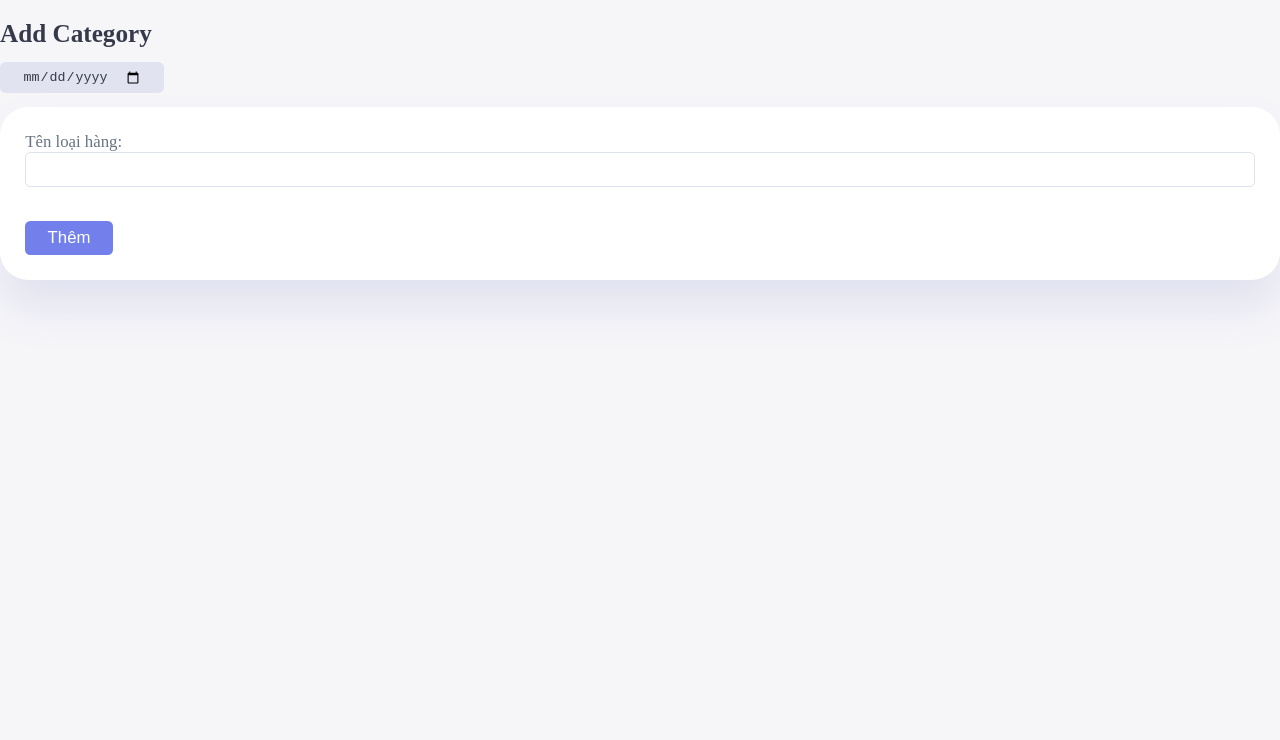
Repository: quynn1804/duan1
Page: http://localhost/control/add_type.php
An editor plug-in stored every save of this project. The page is shown before and after the next save, followed by the edit.
The browser window is 1280 px wide. The pictures show the whole page.
Some web fonts or font styles are not loaded; a fallback is used. The page is run by PHP 8.4 with error messages shown; the project is at /var/www/html/.

Above is the page before, as saved 2022-11-10 01:51:14.

### du_an_1/control/add_type.php

<main>
            <h1>Add Category</h1>
            <link rel="stylesheet" href="./src/css/kkk.css">
            <div class="date">
                <input type="date">
            </div>

            <div class="add_categories_wrap_form">

        <form action="" method="POST">
            <label for="">Tên loại hàng:</label> <br>
            <input type="text" class="form-control mb3" name="name" required>
            <br>
            <button type="submit" class="btn " style="margin-top:20px ;" name="submit">Thêm</button>
        </form>
    </div>


</main>

### du_an_1/src/css/kkk.css
:root{
    --color-primary: #7380ec;
    --color-danger:#ff7782;
    --color-success:#41f1b6;
    --color-warning:#ffbb55;
    --color-white:#fff;

    --color-dark:#363949;
    --color-dark-variant:#677483;
    --color-info-dark:#7d8da1;

    --color-info-light:#dce1eb;

    --color-light:rgba(132,139,200,0.18);
    --color-primary-variant:#111e88;

    --color-background:#f6f6f9;

    --card-border-radius:2rem;
    --border-radius-1:0.4rem;
    --border-radidus-2:0.8rem;
    --border-radius-3:1.2rem;

    --car-padding:1.8rem;
    --padding-1:1.2rem;
    --box-shadow: 0 2rem 3rem var(--color-light);
}

/* DARK THEME VARAIBLES */
.dark-theme-variables{
    --color-background:#181a1e;
    --color-white:#202528;
    --color-dark: #edeffd;
    --color-dark-variant: #a3bdcc;
    --color-light:rgba(0, 0,0,0.4);
    --box-shadow:0 2rem 3rem var(--color-light);
    }


@font-face {
    font-family: pro;
    src: url(../font-family/SourceSansPro-Regular.ttf);
}

*{
    padding: 0 ;
    margin: 0 ;
    outline: 0 ;
    border: 0 ;
    appearance: none ;
    text-decoration: none ;
    list-style: none ;
    box-sizing: border-box ;
}

html{
    font-size: 14px;

}

body{

    width: 100vw;
    height: 100vh;
    font-family: pro;
    font-size: 0.88rem;
    background-color: var(--color-background);
    transition: all 300ms ease;


}



a{
    color: var(--color-dark-variant);
}

img{
    display: block;
    width: 100%;
}

h1{
    font-weight: 800;
    font-size: 1.8rem;
}


h2{
    font-size: 1.4rem;
}

h3{
    font-size: 0.87rem;
}

h4{
    font-size: 0.8rem;
}

h5{
    font-size: 0.77rem;
}

small{
    font-size:0.75rem;
}

.profile-photo{
    height: 2.8rem;
    width: 2.8rem;
    border-radius: 50%;
    overflow: hidden;
}

.text-muted{
    color: var(--color-info-dark);
}

p{
    color: var(--color-dark-variant);
}

b{
    color: var(--color-dark) ;
}

.primary{
    color: var(--color-primary);
}

.danger{
    color: var(--color-danger);
}

.success{
    color: var(--color-success);
}

.warning{
    color: var(--color-warning);
}

.container{

    display: grid;
    width: 96%;

    margin: 0 auto;
    gap: 1.8rem;
    grid-template-columns:14rem auto 23rem ;
}


aside{
    height: 100vh;

}

aside .top{

    display: flex;
    align-items: center;
    justify-content: space-between;
    margin-top: 0.5rem;
}
aside .logo{
    display: flex;
    gap:0.1rem;

}
aside .logo img{
    margin-left: 1rem;
    width: 5rem;

}

aside .logo h2{
    display: flex;
    align-items: center;
    font-weight: 900;
    color: var(--color-dark);
}

aside .close{
    display: none;
}

aside .sidebar{

    display: flex;
    flex-direction: column;
    height: 81vh;
    position: relative;
    top: 2rem;
}

aside h3{
    font-weight: 500;
}

aside .sidebar a{
display: flex;
color: var(--color-info-dark);
margin-left: 2rem;
gap:1rem;
align-items:center ;

height: 3.7rem;
transition: all 300ms ease;
}

aside .sidebar a span {
    font-size: 1.6rem;
    transition: all 300ms ease;
}


aside .sidebar a:last-child{
    position: absolute;
    bottom: 2rem;
    width: 100%;

}


aside .sidebar .active{
    background-color: var(--color-light);
    color: var(--color-primary);

}

aside .sidebar .active:before{
    content:'';
    width: 6px;
    height: 100%;
    background-color:var(--color-primary) ;
}

aside .sidebar .active span{
   margin-left: calc(1rem-3px);
}


aside .sidebar a:hover{
    color: var(--color-primary);
}

aside .sidebar a:hover span{
    margin-left: 1rem;
}


aside .sidebar .message-count{
    background-color: var(--color-danger);
    color: var(--color-white);
    padding: 2px 10px;
    font-size:11px;
    border-radius: var(--border-radius-1) ;
}



/* ===============Main============  */


main{
    margin-top: 1.4rem;

}

main>h1{
    color: var(--color-dark);
}

main .date{
    display: inline-block;
    background-color: var(--color-light);
    border-radius: var(--border-radius-1);
    margin-top: 1rem;
    padding: 0.5rem 1.6rem;

}

main .date input{
    background: transparent;
    color: var(--color-dark);
}

main .insights{
    display: grid;
    grid-template-columns: repeat(3,1fr);
    gap:1.6rem;
}

main .insights>div{
    background-color: var(--color-white);
    padding: var(--car-padding);
    border-radius: var(--card-border-radius);
    margin-top: 1rem;
    box-shadow: var(--box-shadow);
    transition: all 300ms ease;
}
main  h1{
    color: var(--color-dark);
}

main  h2{
    color: var(--color-dark);
}

main  h3{
    color: var(--color-dark);
}

main thead tr{
    color: var(--color-dark);
}

main tbody tr{
    color: var(--color-info-dark);
}
main .insights>div:hover{
    box-shadow: none;
}


main .insights>div span{
    background-color: var(--color-primary);
    padding: 0.5rem;
    border-radius: 50%;
    color: var(--color-white);
    font-size: 2rem;
}

main .insights>.expenses span{
background-color: var(--color-danger);
}


main .insights>.income span{
background-color: var(--color-success);
}

main .insights>div .middle{
    display: flex;
    align-items: center;
    justify-content: space-between;

}

main .insights>div .progress{
    position: relative;
    width: 92px;
    height: 92px;
    border-radius: 50%;
}


main .insights svg{
    width: 7rem;
    height: 7rem;
}

main .insights svg circle{
    fill: none;
    stroke: var(--color-primary);
    stroke-width: 14;
    stroke-linecap: round;
    transform: translate(5px, 5px);
    stroke-dasharray: 110;
    stroke-dashoffset: 92;
}

main .insights .sales svg circle{
   stroke-dasharray: 200;
   stroke-dashoffset: -30;
}

main .insights .expenses svg circle{
    stroke-dasharray: 80;
    stroke-dashoffset: 18;
 }

 main .insights .income svg circle{
    stroke-dasharray: 110;
    stroke-dashoffset: 35;
 }

 main .insights .progress .number{
    position: absolute;
    top:0;
    bottom: 0;
    left: 0;
    right: 0;
     display: flex;
   justify-content: center;
    align-items: center;
 }

 main .insights small{
    display: block;

 }

 main .recent-order{
    margin-top:2rem ;

 }

 main .recent-order h2{
    margin-bottom:0.8rem ;

 }

 main .recent-order table{
    background-color: var(--color-white);
    width: 100%;
    border-radius: var(--card-border-radius);
    padding: var(--car-padding);
    text-align: center;
    box-shadow: var(--box-shadow);
    transition: all 300ms ease;
 }

 main .recent-order table:hover{
    box-shadow: none;
 }
 table th{
    font-size: 1rem;
 }

 table td{
    font-size: 0.9rem;
 }
 main table tbody td{
    padding: 1rem 0;
    border-bottom: 1px solid var(--color-light);

 }

 main table tbody tr:last-child td{
    border: none;
 }

 main .show-all{
    text-align: center;
    margin-top: 3rem;
 }


/* ==================Right=============*/


.right  {
    margin-top: 1.4rem;

}

.right h2{
    color: var(--color-dark);
}

.right h3{
    color: var(--color-dark);
}

.right .top{
    display: flex;
    justify-content: end;
    gap: 2rem;
}

.right .top #menu-btn{
    display: none;
}

.right .top .theme-toggler{
    width: 4.2rem;
    height: 1.6rem;
    background-color: var(--color-light);
    border-radius: var(--border-radius-1);
    display: flex;
    justify-content: space-between;
    align-items: center;
    cursor: pointer;
}

.right .top .theme-toggler span{
    font-size: 1.2rem;
    width: 50%;
    height: 100%;
    display: flex;
    align-items: center;
    justify-content: center;


}

.right .top .theme-toggler span:nth-child(1){
    color: #fff;
}

.right .top .theme-toggler span.active{
    background-color: var(--color-primary);
    border-radius: var(--border-radius-1);
    color: #fff;
}

.right .top .profile{
    display: flex;
    gap: 1.5rem;
    justify-content: space-between;
    text-align: right;
}


/* =============================Recent update ============== */

.right .recent-updates{
    margin-top: 1rem;

}

.right .recent-updates h2{
    margin-bottom: 0.8rem;
}

.right .recent-updates .updates{
    background-color: var(--color-white);
    border-radius: var(--card-border-radius);
    padding: var(--car-padding);
    display: flex;
    flex-direction: column;
    gap: 1rem;
    transition: all 300ms ease;

}

.right .recent-updates .updates .update{
    display: flex;
    gap: 1rem;
    align-items: center;

}



/* ======================Sale analytics=================  */

.right .sales-analytics{
    margin-top: 2rem;


}

.right .sales-analytics h2{
    margin-bottom: 0.8rem;

}

.right .sales-analytics .item{

    display: flex;

    gap: 1rem;
    background-color: var(--color-white);
    margin-bottom: 0.7rem;
    padding: var(--car-padding);
    border-radius: var(--border-radius-3);
    box-shadow:  var(--box-shadow);
    transition: all 300ms ease;

}



.right .sales-analytics .item:hover{
    box-shadow: none;
}

.right .sales-analytics .item .icon{
    display: flex;
    align-items: center;
    padding: 0.6rem;
    color: var(--color-white);
    border-radius: 50%;
    background-color: var(--color-primary);
}

.right .sales-analytics .item.offline .icon{
    background-color: var(--color-danger);
}
.right .sales-analytics .item .right{

    margin-top: 0;
    display: flex;
    justify-content: space-between;
    align-items: start;
    width: 100%;
    height: 100%;

}

.right .sales-analytics .add-product{
   background-color: transparent;
   border: 2px dashed var(--color-primary);
   color: var(--color-primary);
   display: flex;
   align-items: center;
   justify-content: center;
   transition: all 300ms ease;
   margin-bottom: 0rem !important;
}

.right .sales-analytics .add-product div{
    display: flex;
    align-items: center;
    gap: 0.6rem;
}

.right .sales-analytics .add-product div h3{
    font-weight: 500;
    color: var(--color-primary);
    transition: all 300ms ease;
}
.right .sales-analytics .add-product:hover div h3{
    color:#fff;
}
.right .sales-analytics .add-product:hover{
    background-color: var(--color-primary);
    color: var(--color-white);
}




/* =====================Add Product ==================  */

label{
font-size: 1.2rem;
color: var(--color-dark-variant);
}

.add_product{
    margin-top: 1rem;
    box-shadow: var(--box-shadow);
    background-color: var(--color-white);
    padding: var(--car-padding);
    border-radius: var(--card-border-radius);
    transition: all 300ms ease;
}

.add_product:hover{
    box-shadow: none;
}

.add_product input, .add_categories_wrap_form input,.sua_categories_wrap input {
    border:1px solid var(--color-info-light) ;
    padding: 6px 12px;
    width: 100%;
    border-radius: 0.375rem;
    background-color:#fff;
    margin-bottom: 1rem;
    line-height: 1.5;
    font-size: 1rem;
    color: var(--color-info-dark);
}

 .add_product input::file-selector-button,
 .sua_product input::file-selector-button,
 .add_categories_wrap_form input::file-selector-button,
 .sua_categories_wrap input::file-selector-button{
    border: none;
    height: 100%;
    padding: 0.5rem;
    color: #7d8da1;
    font-size: 1.2rem;
}

.add_product .image, .add_categories_wrap_form .image {
    background-color: var(--color-white);
    color: var(--color-info-dark);
    height: 37px;
    padding: 0px 0px;
    font-size: 1.2rem;
}

 textarea{
    border:1px solid var(--color-info-light);
    background-color: #fff;
    margin-bottom: 1rem;
    font-size: 1.2rem;
    color: var(--color-info-dark);
}

.add_product .btn, .sua_product .btn, .add_categories_wrap_form .btn, .sua_categories_wrap .btn{
    padding: 0.5rem 1.6rem;
    border-radius: 0.375rem;
    background-color: var(--color-primary);
    font-size: 1.2rem;
    color: #fff;

}

.add_product .btn:hover, .sua_product .btn:hover, .sua_categories_wrap .btn:hover{
   opacity: 0.9;
   cursor: pointer;
}

 select{
    border:1px solid var(--color-info-light) ;
    width: 100%;
    padding: 6px 14px;
    border-radius: 0.375rem;
    line-height: 1.5;
    font-size: 1.2rem;
    color: var(--color-info-dark);
    margin-bottom: 1rem;
}

 textarea{
    border:1px solid var(--color-info-light);
    background-color: #fff;
    margin-bottom: 1rem;
    padding: 16px;
    width: 100%;
    height: 60px;
    border-radius: 0.375rem;
    font-size: 1.2rem;

}








/* =========================Show Product==============  */
.table_wrapper{
    margin-top: 1rem;
    height: 660px;
    overflow-y: scroll;
    border-radius: var(--card-border-radius);

    transition: all 300ms ease;

}

.table_wrapper .table{

    box-shadow: var(--box-shadow);
}

.table_wrapper::-webkit-scrollbar{
    width: 10px;
}

.table_wrapper::-webkit-scrollbar-thumb{
    background-color: var(--color-light);
    border-radius: 0.2rem;
}





.show_product table, .wrap_show_categories table{

    background-color: var(--color-white);
    width: 100%;
    border-radius: var(--card-border-radius);
    padding: var(--car-padding);
    text-align: center;
    box-shadow: var(--box-shadow);
    transition: all 300ms ease;

}


.show_product img, .wrap_show_categories table img{
    max-width: 200px;
    max-height: 200px;
    margin: 0 auto;
}
.show_product table:hover, .wrap_show_categories table:hover{
    box-shadow: none;
}

.show_product .btn-sua, .wrap_show_categories .btn-sua{
    padding: 6px 12px;
    background-color: var(--color-primary);
    border-radius: 0.375rem;
    color: #fff;
}

.show_product .btn-xoa, .wrap_show_categories .btn-xoa{
    padding: 6px 12px;
    background-color: var(--color-danger);
    border-radius: 0.375rem;
    color: #fff;
}

.show_product .btn-them, .wrap_show_categories .btn-them{
    padding: 6px 12px;
    background-color: var(--color-success);
    border-radius: 0.375rem;
    color: #f6f6f9;
}


/* ==================== Sửa product ======================  */



.sua_product{
    box-shadow: var(--box-shadow);
    background: var(--color-white);
    border-radius: var(--card-border-radius);
    padding: var(--car-padding);
    transition: all 300ms ease;
    margin-top: 1rem;

}

.sua_product:hover{
    box-shadow: none;
}

.sua_product img{
    max-width: 200px;
    max-height: 200px;
}

.sua_product input {
    border:1px solid var(--color-info-light) ;
    padding: 6px 12px;
    width: 100%;
    border-radius: 0.375rem;
    background-color:#fff;
    margin-bottom: 1rem;
    line-height: 1.5;
    font-size: 1rem;
    color: var(--color-info-dark);
}

.sua_product .image, .sua_categories_wrap .image{
    background-color: var(--color-white);
    color: var(--color-info-dark);
    height: 37px;
    padding: 0px 0px;
    font-size: 1.2rem;
}


/* =================Show Categories ===================== */

.wrap_show_categories{

    width: 100%;
    height: 660px;
    margin-top: 1rem;

}

.wrap_table{

    height: 600px;
    overflow-y: scroll;
    border-radius: var(--card-border-radius);
}

.wrap_table::-webkit-scrollbar{
    width: 10px;
}

.wrap_table::-webkit-scrollbar-thumb{
    background-color: var(--color-light);
    border-radius: 0.2rem;
}


/* =================== add the loai ==================  */

.add_categories_wrap_form{

    background-color: var(--color-white);
    padding: var(--car-padding);

    border-radius: var(--card-border-radius);
    margin-top: 1rem;
    box-shadow: var(--box-shadow);
    transition: all 300ms ease;
}
.add_categories_wrap_form:hover{
    box-shadow: none;
}

/* ============== Sửa category =============  */


.sua_categories_wrap{
    background-color: var(--color-white);
    padding: var(--car-padding);

    border-radius: var(--card-border-radius);
    margin-top: 1rem;
}

.sua_categories_wrap img {
    max-width: 200px;
    max-height: 200px;
    margin-bottom: 1rem;
}

.alert{
    color:var(--color-success);
    margin-top: 1rem;

}

After the next save:
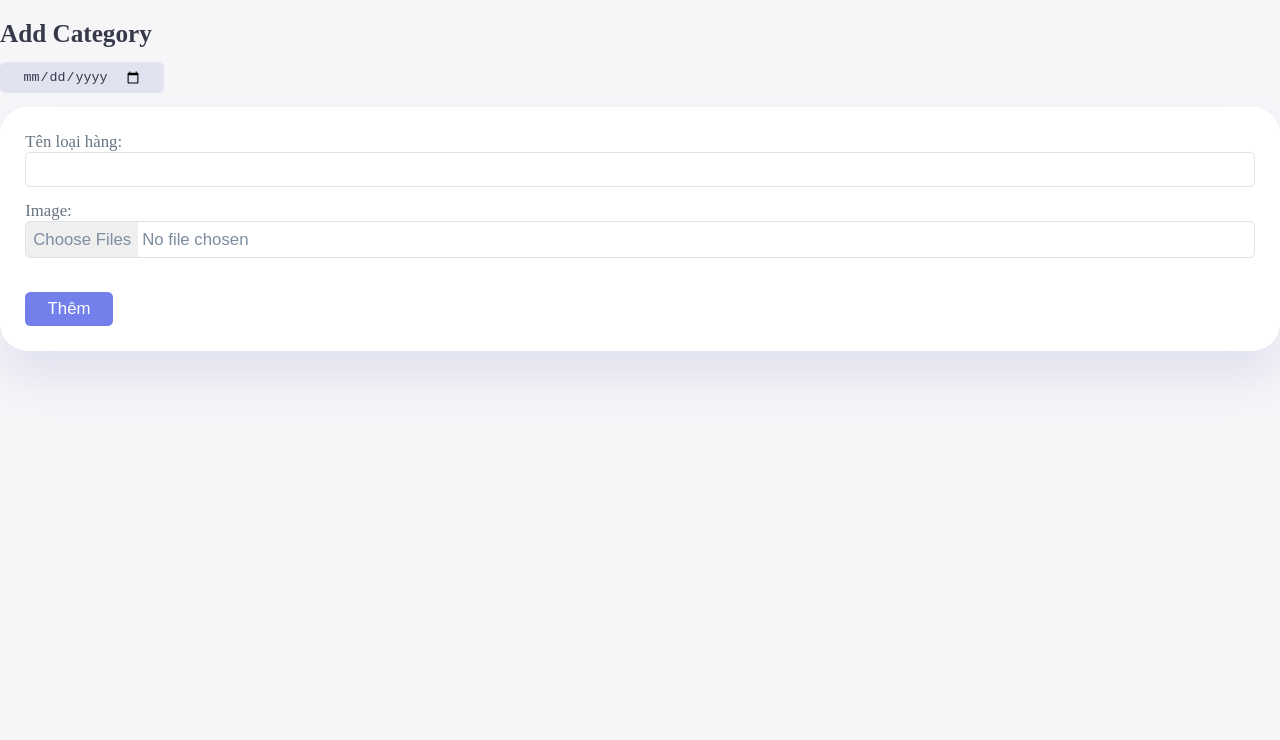
Saved 8 s later.
--- a/du_an_1/control/add_type.php
+++ b/du_an_1/control/add_type.php
@@ -12,6 +12,15 @@
             <label for="">Tên loại hàng:</label> <br>
             <input type="text" class="form-control mb3" name="name" required>
             <br>
+
+            <label for="">Image:</label> <br>
+            <input type="file" class="image" name="image" multiple>
+            <?php if(isset($image_err)): ?>
+                <div style="color: red;">
+            <?= $image_err  ?>
+            </div>
+
+              <?php endif ?>
             <button type="submit" class="btn " style="margin-top:20px ;" name="submit">Thêm</button>
         </form>
     </div>
